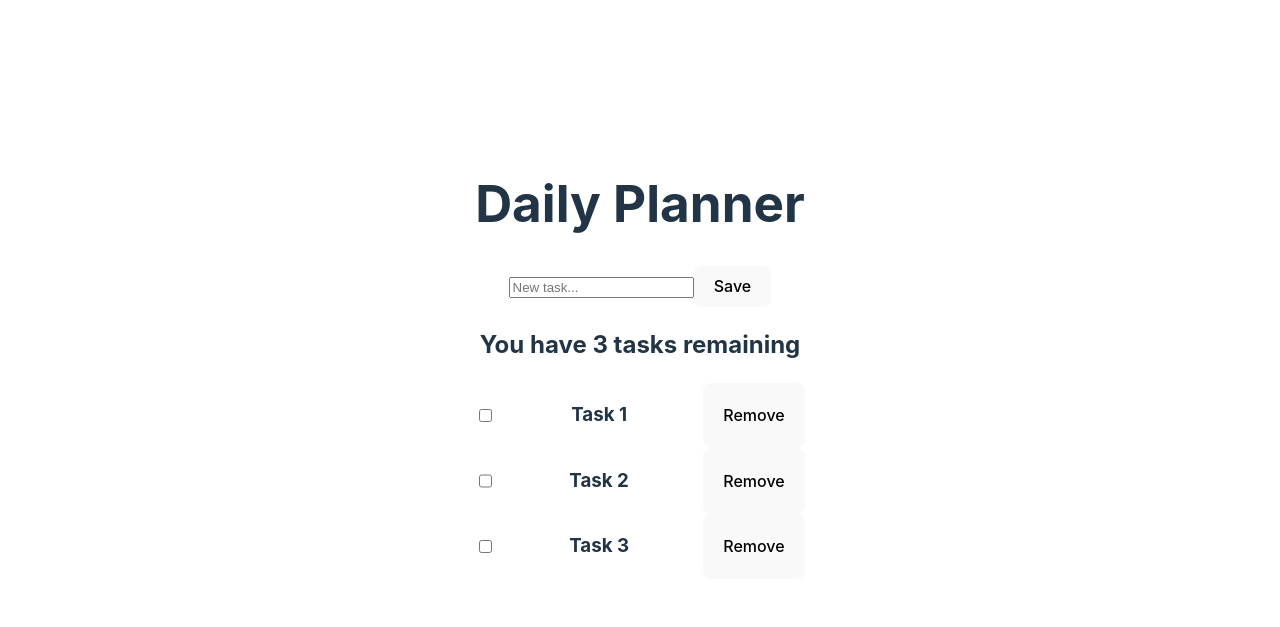
Repository: Vanessahyc/COMP3170_Week6_Lab4
Page: /
These files come from the project's save history. The page is drawn as it stood at one moment and after the next save; the edit follows.
The browser window is 1280 px wide. The pictures show the whole page.
The project was rebuilt for these pictures with package versions that can differ from the ones it lists, and the page was loaded fresh each time. Also part of the build but not shown: vite.config.js.

Above is the page before, as saved 2024-10-20 00:08:23.

### src/App.jsx
import { useState } from 'react';
// import reactLogo from './assets/react.svg'
// import viteLogo from '/vite.svg'
import './App.css';
import TaskList from './components/TaskList';
import { initialTasksList } from './data/initialTasksList';


function App() {
  const [preTaskList, setPreTaskList] = useState(initialTasksList);

  const [newTask, setNewTask] = useState('');

  const handleInputChange = (e) => {setNewTask(e.target.value);};

  const handleSave = (e) => {
    e.preventDefault();
    if (newTask.trim()) {
      const newTaskDefault = {id: preTaskList.length ? preTaskList[preTaskList.length - 1].id + 1 : 1, task: newTask, completed: false};
      setPreTaskList([...preTaskList, newTaskDefault]);
      setNewTask('');
    }
  };

  const handleRemove = (taskId) => {
    setPreTaskList(prevTasksStatus => prevTasksStatus.filter(task => task.id !== taskId));
  };

  const handleToggleCheckbox = (taskId) => {
    setPreTaskList(prevTasksStatus => prevTasksStatus.map(task => task.id === taskId ? { ...task, completed: !task.completed } : task ));
  };

  return (
    <>
      <header>
        <h1>Daily Planner</h1>
      </header>
      <form onSubmit={handleSave}>
        <input type='text' className='input_box' placeholder='New task...' value={newTask} onChange={handleInputChange}/>
        <button type='submit' className='save_btn'>Save</button>
      </form>
      <TaskList taskRemain={preTaskList} onRemove={handleRemove} onToggle={handleToggleCheckbox} />
    </>
  )
}

export default App

### src/App.css
#root {
  max-width: 1280px;
  margin: 0 auto;
  padding: 2rem;
  text-align: center;
}

.logo {
  height: 6em;
  padding: 1.5em;
  will-change: filter;
  transition: filter 300ms;
}
.logo:hover {
  filter: drop-shadow(0 0 2em #646cffaa);
}
.logo.react:hover {
  filter: drop-shadow(0 0 2em #61dafbaa);
}

@keyframes logo-spin {
  from {
    transform: rotate(0deg);
  }
  to {
    transform: rotate(360deg);
  }
}

@media (prefers-reduced-motion: no-preference) {
  a:nth-of-type(2) .logo {
    animation: logo-spin infinite 20s linear;
  }
}

.card {
  padding: 2em;
}

.read-the-docs {
  color: #888;
}

.task {
  list-style: none;
  display: flex;
  gap: 10px;
  justify-content: space-between;
}

### src/components/TaskList.jsx
// export default function TaskList({taskRemain, onRemove, onToggle}) {
//     const tasksNum = taskRemain.filter(task => !task.completed).length;
//     const taskList = taskRemain.map((tasksItem) => (
//         <li key={tasksItem.id} className="task">
//             <input type="checkbox" checked={tasksItem.completed} onChange={() => onToggle(tasksItem.id)}/>
//             <p className={`task-topic ${tasksItem.completed ? 'checked' : ''}`}>{tasksItem.task}</p>
//             <button onClick={() => onRemove(tasksItem.id)}>Remove</button>
//         </li>
//     ));


//     return(
//         <>
//           <h2>You have {tasksNum} tasks remaining</h2>
//           <ul>
//             {taskList}
//           </ul>
//         </>
//     );
// }

export default function TaskList({ taskRemain, onRemove, onToggle }) {
  // Calculate remaining tasks that are not completed
  const tasksNum = taskRemain.filter(task => !task.completed).length;

  // Create the list of tasks to display
  const taskList = taskRemain.map((tasksItem) => (
    <div key={tasksItem.id} className="task">
      <input type="checkbox" checked={tasksItem.completed} onChange={() => onToggle(tasksItem.id)} />
      <h3 className={`task-topic ${tasksItem.completed ? 'checked' : ''}`}>{tasksItem.task}</h3>
      <button onClick={() => onRemove(tasksItem.id)}>Remove</button>
    </div>
  ));

  return (
    <>
      <h2>You have {tasksNum} tasks remaining</h2>
      <div className="tasklist_container">
        {taskList}
      </div>
    </>
  );
}

### src/data/initialTasksList.js
export const initialTasksList = [
    {
      id: 1,
      task: 'Task 1',
      completed: false
    },
    {
      id: 2,
      task: 'Task 2',
      completed: false
    },
    { id: 3,
      task: 'Task 3',
      completed: false
    }
  ];

Loaded but not shown: index.html (common file); src/main.jsx (common file); src/index.css (common file)

After the next save:
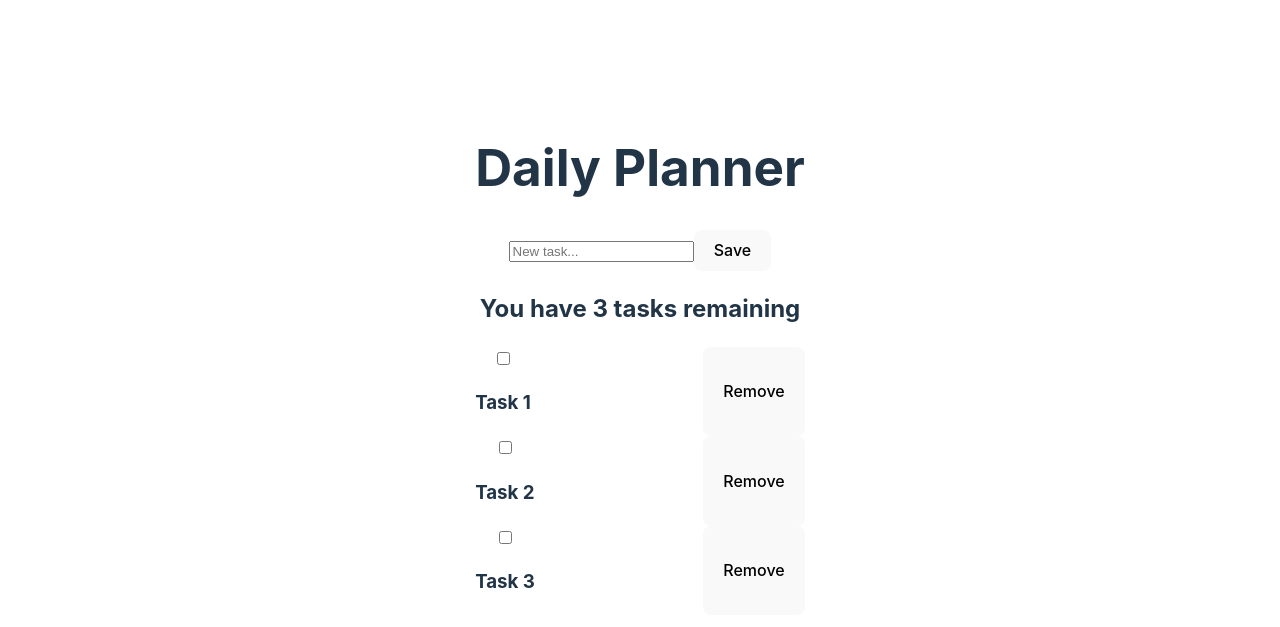
Saved 30 s later.
--- a/src/components/TaskList.jsx
+++ b/src/components/TaskList.jsx
@@ -26,8 +26,10 @@ export default function TaskList({ taskRemain, onRemove, onToggle }) {
   // Create the list of tasks to display
   const taskList = taskRemain.map((tasksItem) => (
     <div key={tasksItem.id} className="task">
-      <input type="checkbox" checked={tasksItem.completed} onChange={() => onToggle(tasksItem.id)} />
-      <h3 className={`task-topic ${tasksItem.completed ? 'checked' : ''}`}>{tasksItem.task}</h3>
+      <div>
+        <input type="checkbox" checked={tasksItem.completed} onChange={() => onToggle(tasksItem.id)} />
+        <h3 className={`task-topic ${tasksItem.completed ? 'checked' : ''}`}>{tasksItem.task}</h3>
+      </div>
       <button onClick={() => onRemove(tasksItem.id)}>Remove</button>
     </div>
   ));
